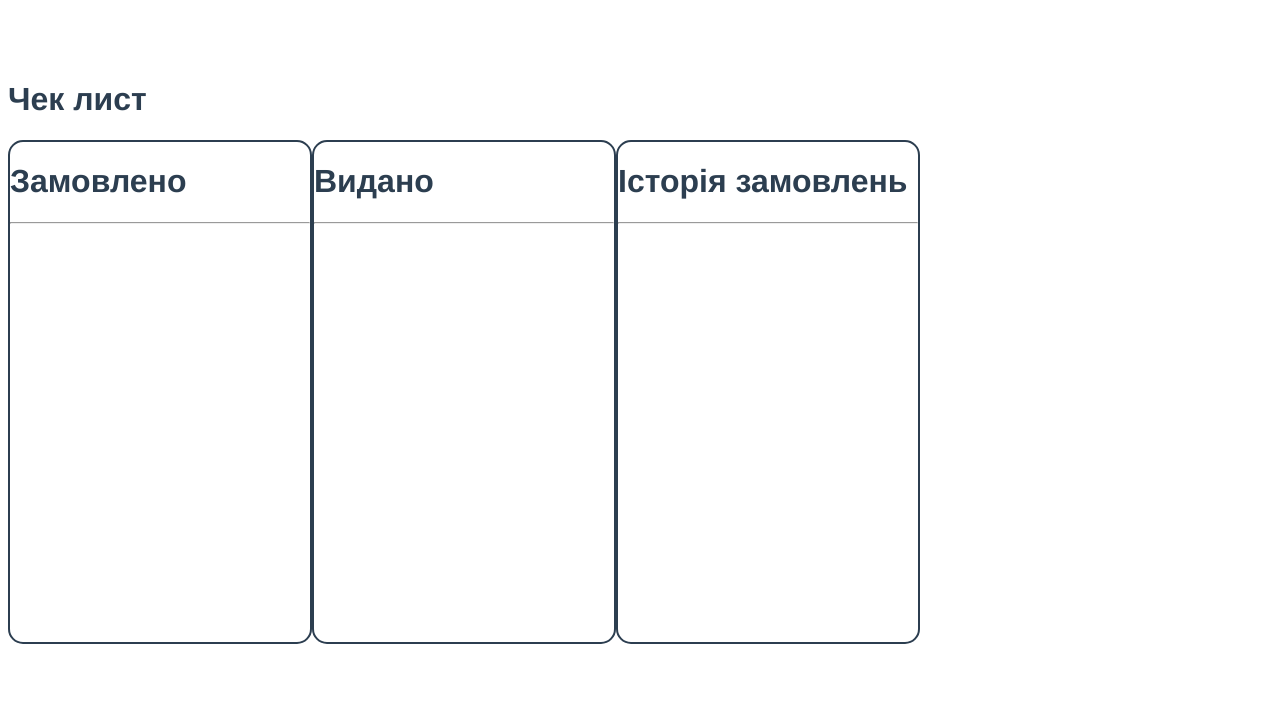
Repository: Salexandraa/HOME_Subotina
Page: / (app in order-list/)
These files come from the project's save history. The page is drawn as it stood at one moment and after the next save; the edit follows.
The browser window is 1280 px wide. The pictures show the whole page.
The project was rebuilt for these pictures with package versions that can differ from the ones it lists, and the page was loaded fresh each time.

Above is the page before, as saved 2020-10-09 17:03:21.

### order-list/src/App.vue
<template>
  <div id="app">
  <!-- <reserved :listDishes= "dishesList"
  title='Замовлено'
  />
  <order-issued title="Видано"/>
  <history title="Історія замовлень"/> -->
  <check-list title="Чек лист"/>
  </div>
</template>

<script>
//import Reserved from "./components/CheckList/Reserved";
import dishesList from "../settings"
//import OrderIssued from "./components/CheckList/OrderIssued"
//import History from "./components/CheckList/History"
import CheckList from "./components/CheckList"
export default {
  name: "App",
  components: {
    //Reserved,
   //OrderIssued,
    //History,
    CheckList
  },
  data() {
    return {
      dishesList
      // dishesList: [
      //   {
      //     id: 1,
      //     name: "Pizza",
      //   },
      //    {
      //     id: 2,
      //     name: "Pasta",
      //   },
      //    {
      //     id:3,
      //     name: "Rizzoto",
      //   },
      //    {
      //     id: 4,
      //     name: "Minestrone soup",
      //   },
      //    {
      //     id:5,
      //     name: "Onion soup",
      //   },
      // ],
    };
  },
};
</script>

<style>
#app {
  font-family: Avenir, Helvetica, Arial, sans-serif;
  -webkit-font-smoothing: antialiased;
  -moz-osx-font-smoothing: grayscale;
  /* text-align: center; */
  color: #2c3e50;
  margin-top: 60px;
}
</style>

### order-list/settings.js
export default [
    {
      id: 1,
      name: "Pizza",
    },
     {
      id: 2,
      name: "Pasta",
    },
     {
      id:3,
      name: "Rizotto",
    },
     {
      id: 4,
      name: "Minestrone soup",
    },
     {
      id:5,
      name: "Onion soup",
    },
  ]

### order-list/src/components/CheckList/index.vue
<template>
    <div class="container">
<div>
    <h1>{{title}}</h1>
</div>
<div>
  <reserved :listDishes= "dishesList"
  title='Замовлено'/>
  <order-issued title="Видано"/>
  <history title="Історія замовлень"/>
</div>
    </div>
</template>

<script>
import Reserved from "./Reserved"
import OrderIssued from "./OrderIssued"
import History from "./History"
    export default {
        name:"CheckList",
        components:{
            Reserved,
            OrderIssued,
            History
        },
        props: {
            // dishesList: {
            //     type: Array,
            //     default: ()=>[]
            // },
            title:{
                type:String,
                default: ''
            }
        },

    }
</script>

<style lang="css" scoped>
.container{
    display: inline-block;




}
</style>

### order-list/src/components/CheckList/Reserved/index.vue
<template>
    <div class="container">
<div>
    <h1>{{title}}</h1>
</div>
 <div><ol >
        <li v-for="item in listDishes" :key="item.name" value="item.name"  >
          {{item.name}}  <input type="checkbox"  v-model="item.names"  >
        </li>
    </ol>
</div>
<hr>
<div>
      <ol>
        <li v-for="item in listDishes" :key="item.id" >
           {{item.names}} <input type="checkbox" >
        </li>

    </ol>

</div>
    </div>
</template>

<script>
    export default {
        name: "Reserved",
        props: {
             listDishes: {
                type: Array,
                default: ()=>[]
            },
            title: {
                type: String,
                default: '',

            },
        }
    }
</script>

<style lang="css" scoped>
.container{
    width: 300px;
    height: 500px;
    border: 2px solid;
    border-radius: 15px;
}
</style>

### order-list/src/components/CheckList/OrderIssued/index.vue
<template>
  <div class="container">
    <div>
      <h1>{{ title }}</h1>
    </div>
    <div>
      <ol>
        <li v-for="item in dishesList" :key="item.name">
          {{ item.name }} <input type="checkbox" v-model="item.names" />
        </li>
      </ol>
    </div>
    <hr>
  </div>
</template>

<script>
export default {
  name: "OrderIssued",
  props: {
    title: {
      type: String,
      default: "",
    },
  },
};
</script>

<style lang="css" scoped>
.container {
  width: 300px;
  height: 500px;
  border: 2px solid;
  border-radius: 15px;
}
</style>

### order-list/src/components/CheckList/History/index.vue
<template>
    <div class="container">
   <div>
      <h1>{{ title }}</h1>
    </div>
    <div>
      <ol>
        <li v-for="item in dishesList" :key="item.name">
          {{ item.name }} <input type="checkbox" v-model="item.names" />
        </li>
      </ol>
    </div>
    <hr>
    </div>
</template>

<script>
    export default {
        name: "History",
        props: {
            title: {
                type: String,
                default: ""
            },
        },
    }
</script>

<style lang="css" scoped>
.container {
  width: 300px;
  height: 500px;
  border: 2px solid;
  border-radius: 15px;
}

</style>

Loaded but not shown: order-list/public/index.html (common file); order-list/src/main.js (common file)

After the next save:
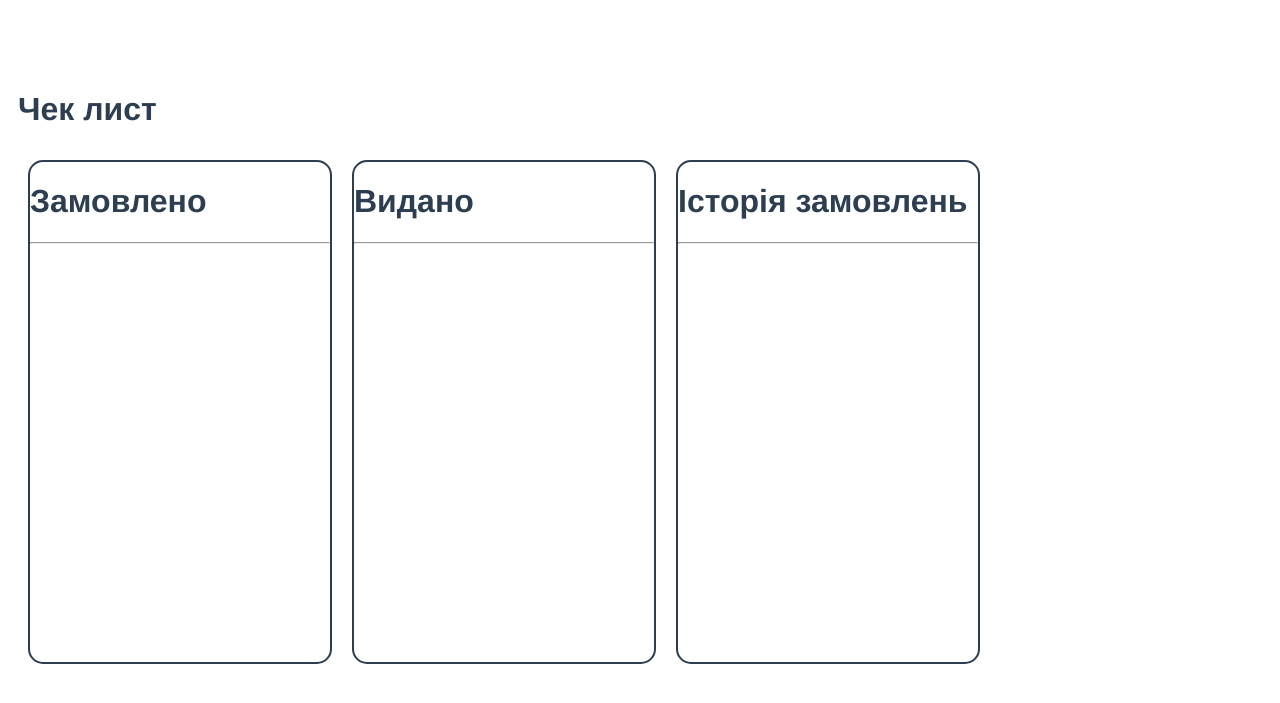
Saved 85 s later.
--- a/order-list/src/components/CheckList/index.vue
+++ b/order-list/src/components/CheckList/index.vue
@@ -40,7 +40,8 @@ import History from "./History"
 <style lang="css" scoped>
 .container{
     display: inline-block;
-
+   justify-content: center;
+   margin: 10px;
 
 
 
